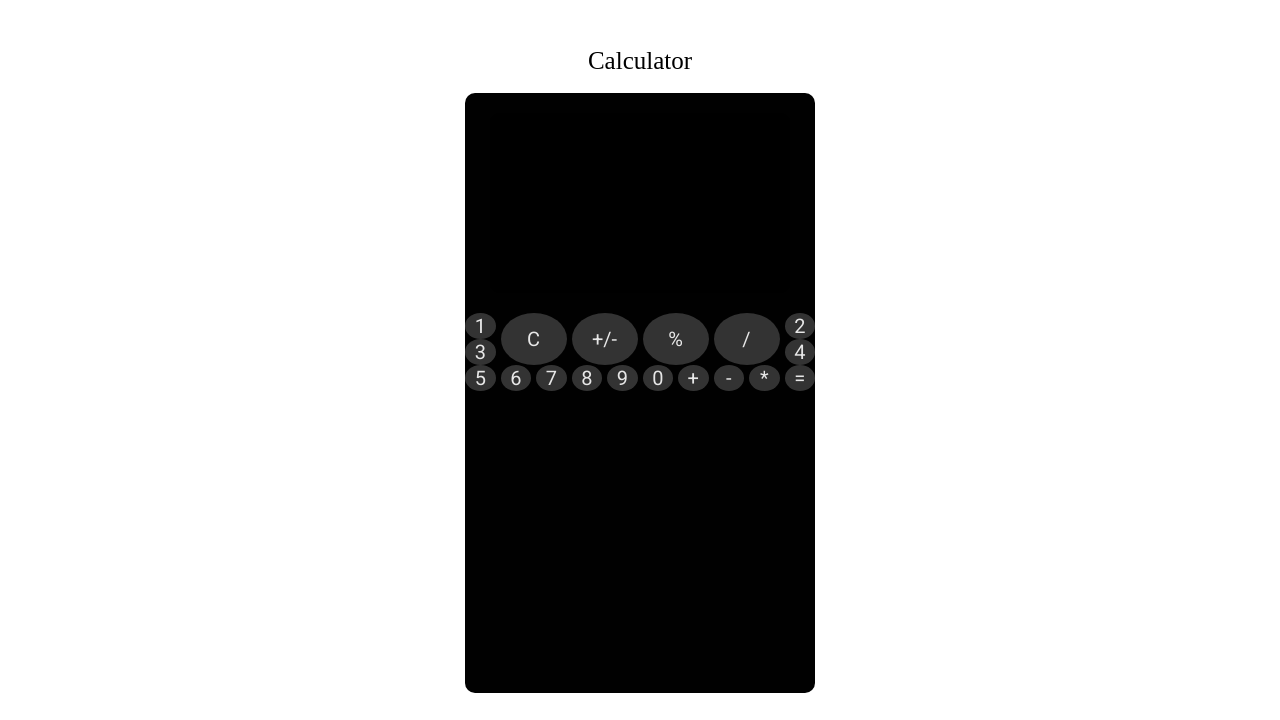
Repository: Gibon9/SimpleCalc
Page: index.html
These files come from the project's save history. The page is drawn as it stood at one moment and after the next save; the edit follows.
The browser window is 1280 px wide. The pictures show the whole page.
Some web fonts or font styles are not loaded; a fallback is used.

Above is the page before, as saved 2020-11-27 19:12:02.

### index.html
<!DOCTYPE html>
<html lang="en">
  <head>
    <meta charset="UTF-8" />
    <meta name="viewport" content="width=device-width, initial-scale=1.0" />
    <link rel="stylesheet" href="style/reset.css" />
    <link rel="stylesheet" href="style/style.css" />
    <title>Calculator</title>
  </head>

  <body>
    <main class="main">
      <h1 class="title">Calculator</h1>
      <section class="clac">
        <div class="calc-display" id="display"></div>
        <section class="keyboard" id="keyboard">
          <button class="calc-button c-btn" id="clear">C</button>
          <button class="calc-button plus-minus-btn" id="plus-minus">
            +/-
          </button>
          <button class="calc-button percent-btn" id="percent">%</button>
          <button class="calc-button" id="btn1">1</button>
          <button class="calc-button" id="btn2">2</button>
          <button class="calc-button" id="btn3">3</button>
          <button class="calc-button" id="btn4">4</button>
          <button class="calc-button" id="btn5">5</button>
          <button class="calc-button" id="btn6">6</button>
          <button class="calc-button" id="btn7">7</button>
          <button class="calc-button" id="btn8">8</button>
          <button class="calc-button" id="btn9">9</button>
          <button class="calc-button" id="btn0">0</button>
          <button class="calc-button" id="plus">+</button>
          <button class="calc-button" id="minus">-</button>
          <button class="calc-button divide-btn" id="divide">/</button>
          <button class="calc-button" id="multiply">*</button>
          <button class="calc-button" id="equal">=</button>
        </section>
      </section>
    </main>
    <script src="./index.js"></script>
  </body>
</html>

### style/style.css
@import url("https://fonts.googleapis.com/css2?family=Roboto&family=Saira+Stencil+One&display=swap");

:root {
  --background-color: #010101;
  --display-color: black;
  --primary-btn-color: ##a5a5a5;
  --secondary-color: #333333;
  --secondary-btn-color: #fd9624;
  --text-color: #e7e7e7;
}

.calc-display,
.title {
  font-family: "Saira Stencil One", cursive;
}

.calc-button {
  font-family: "Roboto", sans-serif;
}

.main {
  display: flex;
  flex-direction: column;
  justify-content: center;
  align-items: center;
  width: 100vw;
  height: 100vh;
}

.title {
  font-size: 25px;
  margin: 20px 0;
}

.clac {
  width: 350px;
  height: 600px;
  background-color: var(--background-color);
  border-radius: 10px;
}

.calc-display {
  margin: 20px auto;
  width: 300px;
  height: 30%;
  background-color: var(--display-color);
  color: var(--primary-color);
  border-radius: 10px;
  font-size: 40px;
}

.keyboard {
  display: grid;
  grid-template-columns: repeat(10, 1fr);
  grid-template-rows: repeat(12, 1fr);
  column-gap: 5px;
}

.calc-button {
  font-size: 20px;
  color: var(--text-color);
  background-color: var(--secondary-color);
  border-radius: 50%;
  border: none;
}

.c-btn {
  grid-column: 2/4;
  grid-row: 1/3;
}

.plus-minus-btn {
  grid-column: 4/6;
  grid-row: 1/3;
}

.percent-btn {
  grid-column: 6/8;
  grid-row: 1/3;
}

.divide-btn {
  grid-column: 8/10;
  grid-row: 1/3;
}

Loaded but not shown: style/reset.css (common file); index.js (no copy from this time; the picture is the same without it)

After the next save:
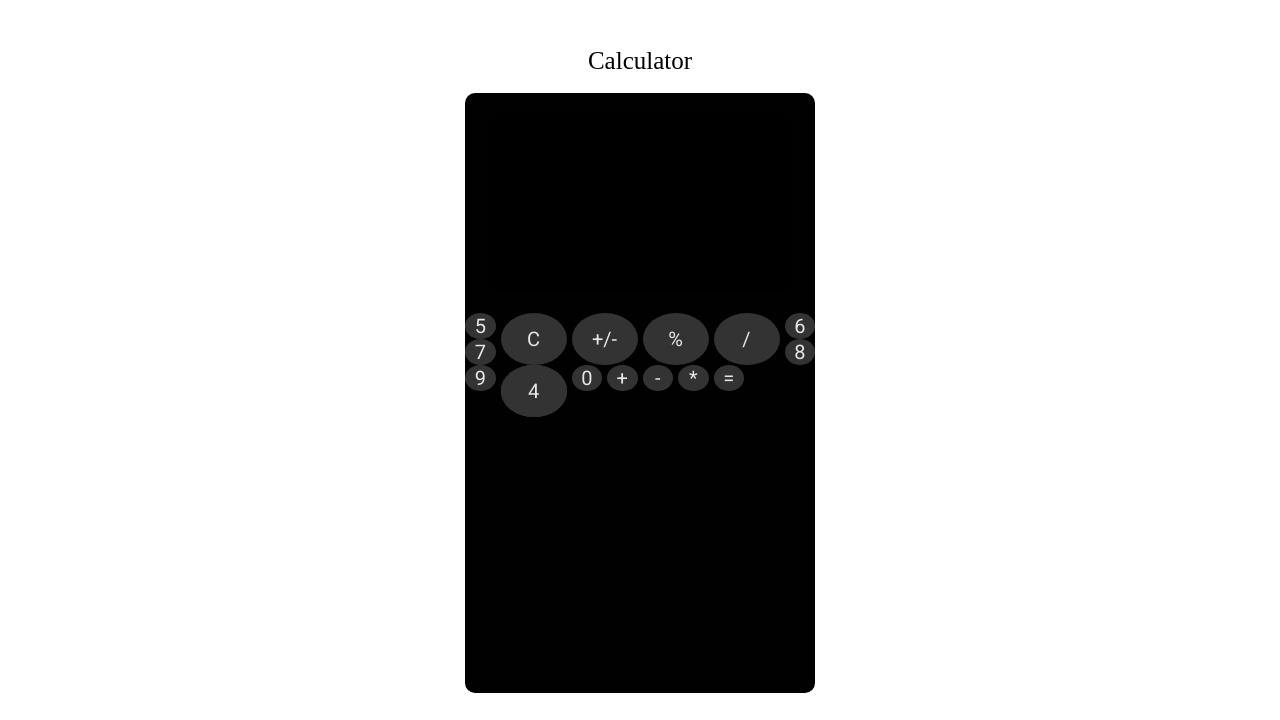
Saved 4 min 15 s later.
--- a/index.html
+++ b/index.html
@@ -19,18 +19,18 @@
             +/-
           </button>
           <button class="calc-button percent-btn" id="percent">%</button>
-          <button class="calc-button" id="btn1">1</button>
-          <button class="calc-button" id="btn2">2</button>
-          <button class="calc-button" id="btn3">3</button>
-          <button class="calc-button" id="btn4">4</button>
-          <button class="calc-button" id="btn5">5</button>
-          <button class="calc-button" id="btn6">6</button>
-          <button class="calc-button" id="btn7">7</button>
-          <button class="calc-button" id="btn8">8</button>
-          <button class="calc-button" id="btn9">9</button>
-          <button class="calc-button" id="btn0">0</button>
-          <button class="calc-button" id="plus">+</button>
-          <button class="calc-button" id="minus">-</button>
+          <button class="calc-button one-btn" id="btn1">1</button>
+          <button class="calc-button two-btn" id="btn2">2</button>
+          <button class="calc-button three-btn" id="btn3">3</button>
+          <button class="calc-button four-btn" id="btn4">4</button>
+          <button class="calc-button five-btn" id="btn5">5</button>
+          <button class="calc-button six-btn" id="btn6">6</button>
+          <button class="calc-button seven-btn" id="btn7">7</button>
+          <button class="calc-button eight-btn" id="btn8">8</button>
+          <button class="calc-button nine-btn" id="btn9">9</button>
+          <button class="calc-button zero-btn" id="btn0">0</button>
+          <button class="calc-button plus-btn" id="plus">+</button>
+          <button class="calc-button minus-btn" id="minus">-</button>
           <button class="calc-button divide-btn" id="divide">/</button>
           <button class="calc-button" id="multiply">*</button>
           <button class="calc-button" id="equal">=</button>
--- a/style/style.css
+++ b/style/style.css
@@ -83,3 +83,23 @@
   grid-column: 8/10;
   grid-row: 1/3;
 }
+
+.one-btn {
+  grid-column: 2/4;
+  grid-row: 3/5;
+}
+
+.two-btn {
+  grid-column: 2/4;
+  grid-row: 3/5;
+}
+
+.three-btn {
+  grid-column: 2/4;
+  grid-row: 3/5;
+}
+
+.four-btn {
+  grid-column: 2/4;
+  grid-row: 3/5;
+}
